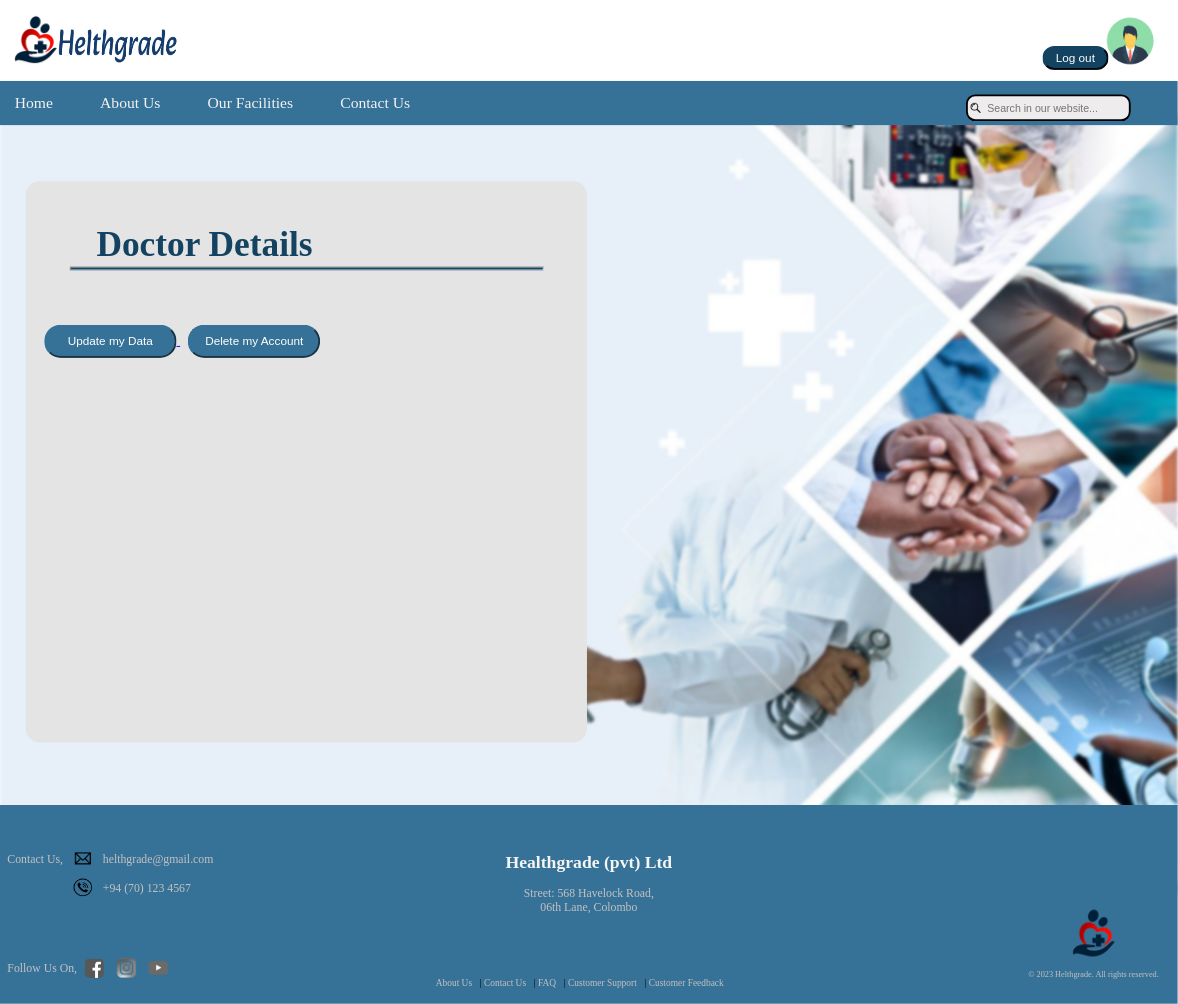
Repository: ILWijewardhana/echannelling-System
Page: http://localhost/echanneling/Doctor.jsp
These files come from the project's save history. The page is drawn as it stood at one moment and after the next save; the edit follows.
The browser window is 1280 px wide. The pictures show the whole page, at 92% of full size.
The page is served by Tomcat 9. The template is opened directly, without the code that normally fills it, so the values that code supplies are empty.

Above is the page before, as saved 2024-05-13 18:09:35.

After the next save:
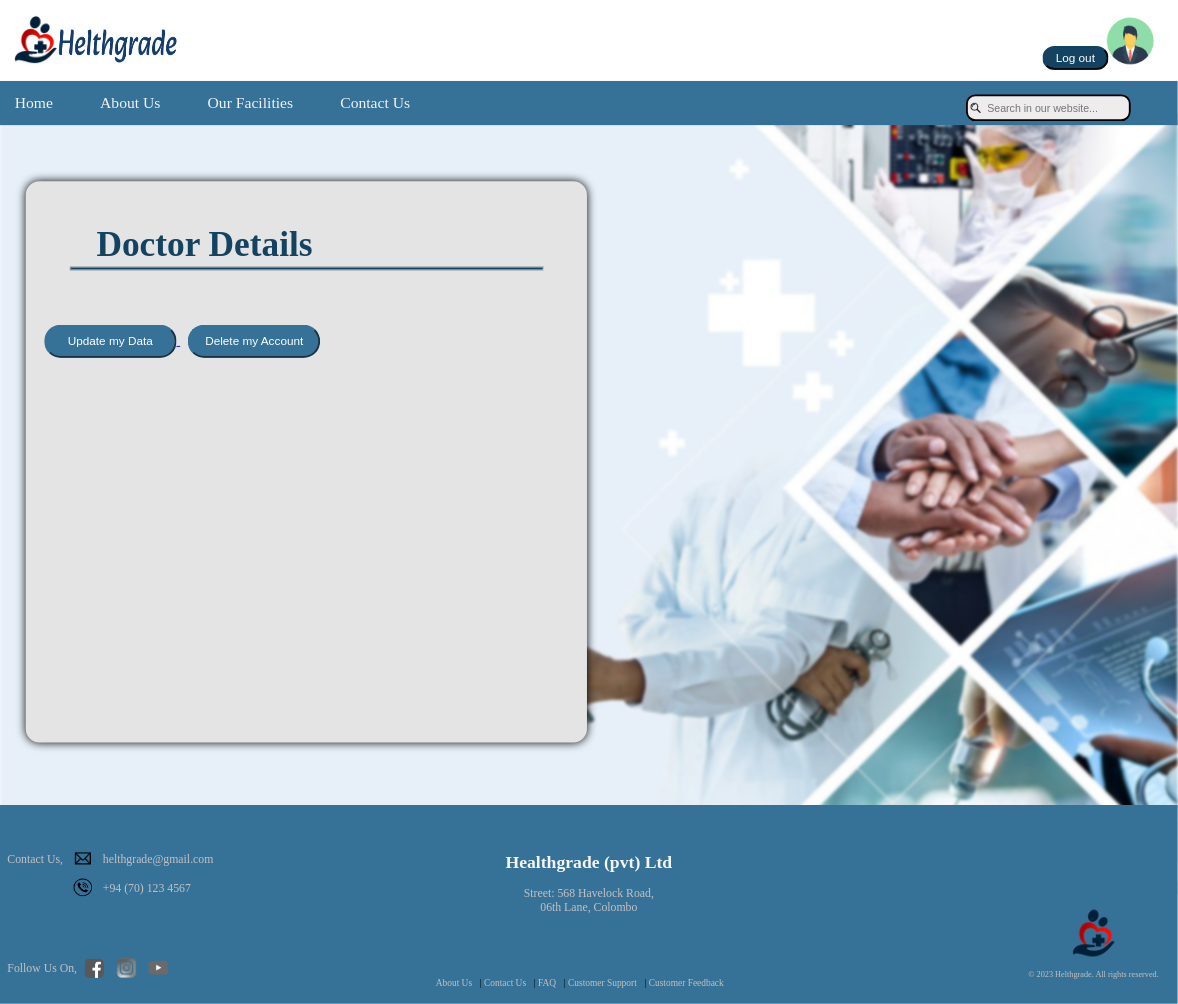
Saved 2 min 50 s later.
--- a/echanneling/src/main/webapp/CSS/doctor.css
+++ b/echanneling/src/main/webapp/CSS/doctor.css
@@ -166,6 +166,7 @@ body{
     transition: 1s;
     background-color:#e4e4e4;
     padding: 15px;
+    filter: drop-shadow(0px 0px 5px #000);
   }
   #doc h1 {
     font-size: 3vw;
